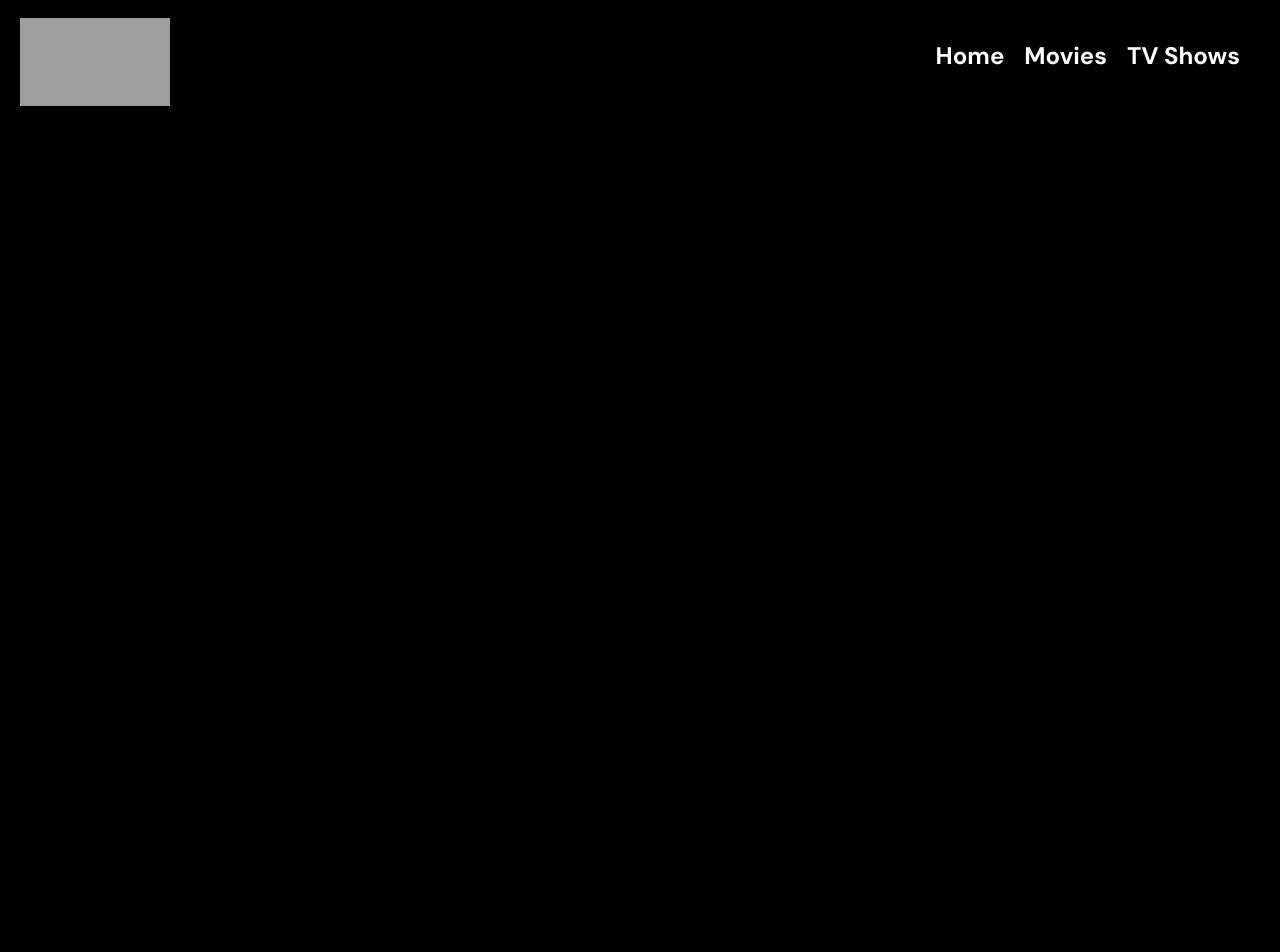
Repository: quynguyenn97/react-movie-app
Page: /
An editor plug-in stored every save of this project. The page is shown before and after the next save, followed by the edit.
The browser window is 1280 px wide. The pictures show the part of the page from y = 0 to 952 px (the page is 1996 px tall before and 2000 px after).
Pictures or frames that could not be fetched are drawn as grey boxes. The page's requests for data from a server got no answer. The project was rebuilt for these pictures with package versions that can differ from the ones it lists, and the page was loaded fresh each time. No one was signed in, and anything a server would have sent is missing. Also part of the build but not shown: src/components/button/Button.js, src/hook/useDebounce.js, src/components/shows/ShowsCard.js, src/pages/ShowPage.js, src/pages/ShowDetailPage.js.

Above is the page before, as saved 2022-10-15 09:08:06.

### public/index.html
<!DOCTYPE html>
<html lang="en">
    <head>
        <meta charset="utf-8" />
        <link rel="icon" href="%PUBLIC_URL%/favicon.ico" />
        <meta name="viewport" content="width=device-width, initial-scale=1" />
        <meta name="theme-color" content="#000000" />
        <meta
            name="description"
            content="Web site created using create-react-app" />
        <link rel="apple-touch-icon" href="%PUBLIC_URL%/logo192.png" />
        <!--
      manifest.json provides metadata used when your web app is installed on a
      user's mobile device or desktop. See https://developers.google.com/web/fundamentals/web-app-manifest/
    -->
        <link rel="manifest" href="%PUBLIC_URL%/manifest.json" />
        <!--
      Notice the use of %PUBLIC_URL% in the tags above.
      It will be replaced with the URL of the `public` folder during the build.
      Only files inside the `public` folder can be referenced from the HTML.

      Unlike "/favicon.ico" or "favicon.ico", "%PUBLIC_URL%/favicon.ico" will
      work correctly both with client-side routing and a non-root public URL.
      Learn how to configure a non-root public URL by running `npm run build`.
    -->
        <link rel="preconnect" href="https://fonts.googleapis.com" />
        <link rel="preconnect" href="https://fonts.gstatic.com" crossorigin />
        <link
            href="https://fonts.googleapis.com/css2?family=DM+Sans:wght@400;500;700&display=swap"
            rel="stylesheet" />
        <title>React App</title>
    </head>
    <body>
        <noscript>You need to enable JavaScript to run this app.</noscript>
        <div id="root"></div>
        <!--
      This HTML file is a template.
      If you open it directly in the browser, you will see an empty page.

      You can add webfonts, meta tags, or analytics to this file.
      The build step will place the bundled scripts into the <body> tag.

      To begin the development, run `npm start` or `yarn start`.
      To create a production bundle, use `npm run build` or `yarn build`.
    --></body>
</html>

### src/index.js
import React from "react";
import ReactDOM from "react-dom/client";
import "./index.scss";
import App from "./App";
import reportWebVitals from "./reportWebVitals";
import { BrowserRouter } from "react-router-dom";

const root = ReactDOM.createRoot(document.getElementById("root"));
root.render(
    <BrowserRouter>
        <React.StrictMode>
            <App />
        </React.StrictMode>
    </BrowserRouter>
);

// If you want to start measuring performance in your app, pass a function
// to log results (for example: reportWebVitals(console.log))
// or send to an analytics endpoint. Learn more: https://bit.ly/CRA-vitals
reportWebVitals();

### src/index.scss
@tailwind base;
@tailwind components;
@tailwind utilities;

@layer base {
    body {
        @apply bg-black font-body px-5 text-white;
    }
}
@layer components {
    .page-container {
        max-width: 1280px;
        @apply mx-auto;
    }
    .movie-list .swiper-slide {
        width: 300px;
        height: auto;
    }
    .banner .swiper {
        height: 100%;
    }
    .btn {
        box-shadow: 0 0 6px 6px rgba(#fc2872, 0.3);
    }
    .btn-custom {
        background: linear-gradient(107.61deg, #00a7b4 15.59%, #a4d96c 87.25%);
        border-radius: 8px;
        box-shadow: 0 0 6px 6px rgba(#a4d96c, 0.3);
    }
    .contact :hover {
        color: #a4d96c;
    }
}
.pagination {
    display: flex;
    align-items: center;
    justify-content: center;
    gap: 20px;
    .selected {
        @apply text-primary;
    }
}
.skeleton {
    background-color: #eee;
    background-image: linear-gradient(
        110deg,
        #ececec 8%,
        #f5f5f5 18%,
        #ececec 33%
    );
    background-size: 200% 100%;
    animation: 1.5s shine linear infinite;
}
@keyframes shine {
    to {
        background-position-x: -200%;
    }
}

### src/App.js
import { Fragment, lazy, Suspense } from "react";
import Banner from "./banner/Banner";
import "swiper/scss";
import "swiper/css/autoplay";
import { Route, Routes } from "react-router-dom";
import Main from "./layout/Main";
import ShowPage from "./pages/ShowPage";
import ShowDetailsPage from "./pages/ShowDetailPage";
const HomePage = lazy(() => import("./pages/HomePage"));
const MovieDetailsPage = lazy(() => import("./pages/MovieDetailsPage"));
const MoviePage = lazy(() => import("./pages/MoviePage"));

function App() {
    return (
        <Fragment>
            <Suspense fallback={<></>}>
                <Routes>
                    <Route element={<Main></Main>}>
                        <Route
                            path="/"
                            element={
                                <>
                                    <Banner></Banner>
                                    <HomePage></HomePage>
                                </>
                            }></Route>
                        <Route
                            path="/movies"
                            element={<MoviePage></MoviePage>}></Route>
                        <Route
                            path="/movie/:movieId"
                            element={
                                <MovieDetailsPage></MovieDetailsPage>
                            }></Route>
                        <Route
                            path="/shows"
                            element={<ShowPage></ShowPage>}></Route>
                        <Route
                            path="/show/:showId"
                            element={
                                <ShowDetailsPage></ShowDetailsPage>
                            }></Route>
                    </Route>
                </Routes>
            </Suspense>
        </Fragment>
    );
}

export default App;

### src/banner/Banner.js
import React from "react";
import useSWR from "swr";
import { fetcher } from "../config";
import { SwiperSlide, Swiper } from "swiper/react";
import { useNavigate } from "react-router-dom";
import Button from "../components/button/Button";
import { tmdbAPI } from "../config";

const Banner = () => {
    const { data } = useSWR(tmdbAPI.getMovieList("upcoming"), fetcher);
    const movies = data?.results || [];
    return (
        <section className="banner h-[800px] page-container mb-10">
            <Swiper
                grabCursor={"true"}
                spaceBetween={40}
                slidesPerView={"auto"}>
                {movies &&
                    movies.length > 0 &&
                    movies.map((item, index) => {
                        return (
                            <SwiperSlide key={`index-${index}`}>
                                <BannerItem item={item}></BannerItem>
                            </SwiperSlide>
                        );
                    })}
            </Swiper>
        </section>
    );
};
function BannerItem({ item }) {
    const navigate = useNavigate();

    return (
        <div className="w-full h-full rounded-3xl relative flex">
            <div className="overlay absolute inset-0 bg-gradient-to-t from-[rgba(0,0,0,0.8)] to-[rgba(0,0,0,0.8)] rounded-lg"></div>
            <img
                src={tmdbAPI.imageOriginal(item.poster_path)}
                alt=""
                className="w-full h-full object-cover rounded-lg "
            />
            <>
                <div className="md:w-[250px] md:h-[400px] lg:w-[300px] lg:h-[500px] xl:w-[400px] xl:h-[600px] w-[200px] h-[400px] absolute right-[10%] top-[10%] md:top-[30%] lg:top-[20%] rounded-3xl z-10">
                    <img
                        className="w-full h-full object-cover rounded-3xl"
                        alt=""
                        src={tmdbAPI.imageOriginal(item.backdrop_path)}
                    />
                </div>
                <div className="absolute left-5 top-[30%]  md:w-[350px] lg:w-[500px] xl:w-[600px] w-[200px] text-white">
                    <h2 className="font-bold text-4xl lg:text-6xl mb-5">
                        {item.title}
                    </h2>
                    <p className="text-md lg:text-xl mb-5">{item.overview}</p>
                    <div className="flex items-center gap-x-3">
                        <Button
                            onClick={() => navigate(`/movie/${item.id}`)}
                            className="btn"
                            bgColor="bg-primary">
                            Watch now
                        </Button>
                    </div>
                </div>
            </>
        </div>
    );
}
export default Banner;

### src/layout/Main.js
import React, { Fragment } from "react";
import Header from "./Header";
import { Outlet } from "react-router-dom";
const Main = () => {
    return (
        <Fragment>
            <Header></Header>
            <Outlet></Outlet>
        </Fragment>
    );
};

export default Main;

### src/pages/HomePage.js
import React, { Fragment } from "react";
import MovieList from "../components/movie/MovieList";
import ShowsList from "../components/shows/ShowsList";
import Footer from "../layout/Footer";
const HomePage = () => {
    return (
        <Fragment>
            <section className="movies-layout page-container pb-20">
                <h2 className="text-primary capitalize mb-5 text-3xl font-bold">
                    Now playing
                </h2>
                <MovieList></MovieList>
                <div className="movie-list grid grid-cols-4 gap-10"></div>
            </section>
            <section className="movies-layout page-container pb-20">
                <h2 className="text-primary capitalize mb-5 text-3xl font-bold">
                    Top Rated
                </h2>
                <MovieList type="top_rated"></MovieList>
            </section>
            <section className="movies-layout page-container pb-20">
                <h2 className="text-primary capitalize mb-5 text-3xl font-bold">
                    Trending
                </h2>
                <MovieList type="popular"></MovieList>
            </section>
            <section className="movies-layout page-container pb-20">
                <h2 className="text-[#88d13a] capitalize mb-5 text-3xl font-bold">
                    TV Shows
                </h2>
                <ShowsList type="popular"></ShowsList>
            </section>
            <Footer />
        </Fragment>
    );
};

export default HomePage;

### src/config.js
export const fetcher = (...args) => fetch(...args).then((res) => res.json());
export const apiKey = "5b6bd71d2eb24fb649d55629a64802ff";
const tmdbEndpoint = "https://api.themoviedb.org/3/movie";
const tmdbEndpointTV = "https://api.themoviedb.org/3/tv";
const tmdbEndpointSearch = "https://api.themoviedb.org/3/search/movie";
const tmdbEndpointSearchTV = "https://api.themoviedb.org/3/search/tv";
export const tmdbAPI = {
    getMovieList: (type, page = 2) =>
        `${tmdbEndpoint}/${type}?api_key=${apiKey}&page=${page}`,
    getMovieDetails: (movieId) =>
        `${tmdbEndpoint}/${movieId}?api_key=${apiKey}`,
    getMovieMeta: (movieId, type) =>
        `${tmdbEndpoint}/${movieId}/${type}?api_key=${apiKey}`,
    getMovieSearch: (query, page) =>
        `${tmdbEndpointSearch}?api_key=${apiKey}&query=${query}&page=${page}`,
    getTVList: (type, page = 1) =>
        `${tmdbEndpointTV}/${type}?api_key=${apiKey}&page=${page}`,
    getTVSearch: (query, page) =>
        `${tmdbEndpointSearchTV}?api_key=${apiKey}&query=${query}&page=${page}`,
    getTVDetails: (showId) => `${tmdbEndpointTV}/${showId}?api_key=${apiKey}`,
    getTVMeta: (showId, type) =>
        `${tmdbEndpointTV}/${showId}/${type}?api_key=${apiKey}`,

    imageOriginal: (url) => `https://image.tmdb.org/t/p/original/${url}`,
    image500: (url) => `https://image.tmdb.org/t/p/w500/${url}`,
};

### src/layout/Header.js
import React from "react";
import { NavLink } from "react-router-dom";

const Header = () => {
    return (
        <header>
            <div className="flex items-center justify-between page-container flex-wrap sm:flex-nowrap ">
                <div className="w-[250px] h-[50px] sm:w-[150px] sm:h-[100px] mx-auto sm:mx-0 pt-3">
                    <img
                        src="https://i0.wp.com/www.downloadfonts.io/wp-content/uploads/2021/09/Netflix-Logo-Font.png?fit=1024%2C581&ssl=1"
                        alt=""
                        className="object-cover w-full h-full"
                    />
                </div>
                <div className="header flex items-center justify-end mr-0 md:mr-5 gap-x-2 md:gap-x-5 text-white py-10  text-2xl sm:text-2xl font-bold">
                    <NavLink
                        to="/"
                        className={({ isActive }) =>
                            isActive ? "text-white" : ""
                        }>
                        Home
                    </NavLink>
                    <NavLink
                        to="/movies"
                        className={({ isActive }) =>
                            isActive ? "text-primary" : ""
                        }>
                        Movies
                    </NavLink>
                    <NavLink
                        to="/shows"
                        className={({ isActive }) =>
                            isActive ? "text-[#52851b]" : ""
                        }>
                        TV Shows
                    </NavLink>
                </div>
            </div>
        </header>
    );
};

export default Header;

### src/components/movie/MovieList.js
import React, { useEffect, useState } from "react";
import { SwiperSlide, Swiper } from "swiper/react";
import useSWR from "swr";
import { fetcher } from "../../config";
import MovieCard, { MovieCardSkeleton } from "./MovieCard";
import { tmdbAPI } from "../../config";

const MovieList = ({ type = "now_playing" }) => {
    const { data, error } = useSWR(tmdbAPI.getMovieList(type), fetcher);
    const isLoading = !data && !error;
    const movie = data?.results || [];
    return (
        <div className="movie-list">
            {isLoading && (
                <>
                    <Swiper
                        grabCursor={"true"}
                        spaceBetween={40}
                        slidesPerView={"auto"}>
                        <SwiperSlide>
                            <MovieCardSkeleton></MovieCardSkeleton>
                        </SwiperSlide>
                        <SwiperSlide>
                            <MovieCardSkeleton></MovieCardSkeleton>
                        </SwiperSlide>
                        <SwiperSlide>
                            <MovieCardSkeleton></MovieCardSkeleton>
                        </SwiperSlide>
                        <SwiperSlide>
                            <MovieCardSkeleton></MovieCardSkeleton>
                        </SwiperSlide>
                        <SwiperSlide>
                            <MovieCardSkeleton></MovieCardSkeleton>
                        </SwiperSlide>
                    </Swiper>
                </>
            )}
            {!isLoading && (
                <Swiper
                    grabCursor={"true"}
                    spaceBetween={40}
                    slidesPerView={"auto"}>
                    {movie &&
                        movie.length > 0 &&
                        movie.map((item) => {
                            return (
                                <SwiperSlide key={`movie-${item.id}`}>
                                    <MovieCard item={item}></MovieCard>
                                </SwiperSlide>
                            );
                        })}
                </Swiper>
            )}
        </div>
    );
};

export default MovieList;

### src/components/shows/ShowsList.js
import React from "react";
import { SwiperSlide, Swiper } from "swiper/react";
import useSWR from "swr";
import { fetcher } from "../../config";
import { MovieCardSkeleton } from "../movie/MovieCard";
import { tmdbAPI } from "../../config";
import ShowsCard from "./ShowsCard";

const ShowList = ({ type = "top_rated" }) => {
    const { data, error } = useSWR(tmdbAPI.getTVList(type), fetcher);
    const isLoading = !data && !error;
    const show = data?.results || [];
    return (
        <div className="movie-list">
            {isLoading && (
                <>
                    <Swiper
                        grabCursor={"true"}
                        spaceBetween={40}
                        slidesPerView={"auto"}>
                        <SwiperSlide>
                            <MovieCardSkeleton></MovieCardSkeleton>
                        </SwiperSlide>
                        <SwiperSlide>
                            <MovieCardSkeleton></MovieCardSkeleton>
                        </SwiperSlide>
                        <SwiperSlide>
                            <MovieCardSkeleton></MovieCardSkeleton>
                        </SwiperSlide>
                        <SwiperSlide>
                            <MovieCardSkeleton></MovieCardSkeleton>
                        </SwiperSlide>
                        <SwiperSlide>
                            <MovieCardSkeleton></MovieCardSkeleton>
                        </SwiperSlide>
                    </Swiper>
                </>
            )}
            {!isLoading && (
                <Swiper
                    grabCursor={"true"}
                    spaceBetween={40}
                    slidesPerView={"auto"}>
                    {show &&
                        show.length > 0 &&
                        show.map((item) => {
                            return (
                                <SwiperSlide key={`movie-${item.id}`}>
                                    <ShowsCard item={item}></ShowsCard>
                                </SwiperSlide>
                            );
                        })}
                </Swiper>
            )}
        </div>
    );
};

export default ShowList;

### src/layout/Footer.js
import React from "react";

const Footer = () => {
    return (
        <div className="w-full h-[500px] relative page-container">
            <img
                src="https://movie-clone-sigma.vercel.app/static/media/footer-bg.67e95f05e76a8cebf7e2.jpg"
                alt=""
                className="object-cover h-[500px] w-full absolute"
            />
            <h3 className="text-[#fc2872] absolute text-2xl font-bold bottom-[45%] left-[45%] contact">
                <a href="https://www.facebook.com/nguyenhoangtrongquy/">
                    Contact Me
                </a>
            </h3>
        </div>
    );
};

export default Footer;

### src/components/loading/LoadingSkeleton.js
import React from "react";

const LoadingSkeleton = (props) => {
    return (
        <div
            className={`skeleton ${props.className}`}
            style={{
                height: props.height,
                width: props.width || "100%",
                borderRadius: props.radius,
            }}></div>
    );
};

export default LoadingSkeleton;

### tailwind.config.js
/** @type {import('tailwindcss').Config} */
module.exports = {
    content: ["./src/**/*.{js,jsx,ts,tsx}"],
    theme: {
        extend: {
            fontFamily: {
                body: ["DM sans", "sans-serif"],
            },
            colors: {
                primary: "#FC2872",
                secondary: "#6F5CF1",
            },
        },
    },
    plugins: [],
};

Loaded but not shown: src/reportWebVitals.js (common file); src/components/movie/MovieCard.js (87 lines, source omitted)

After the next save:
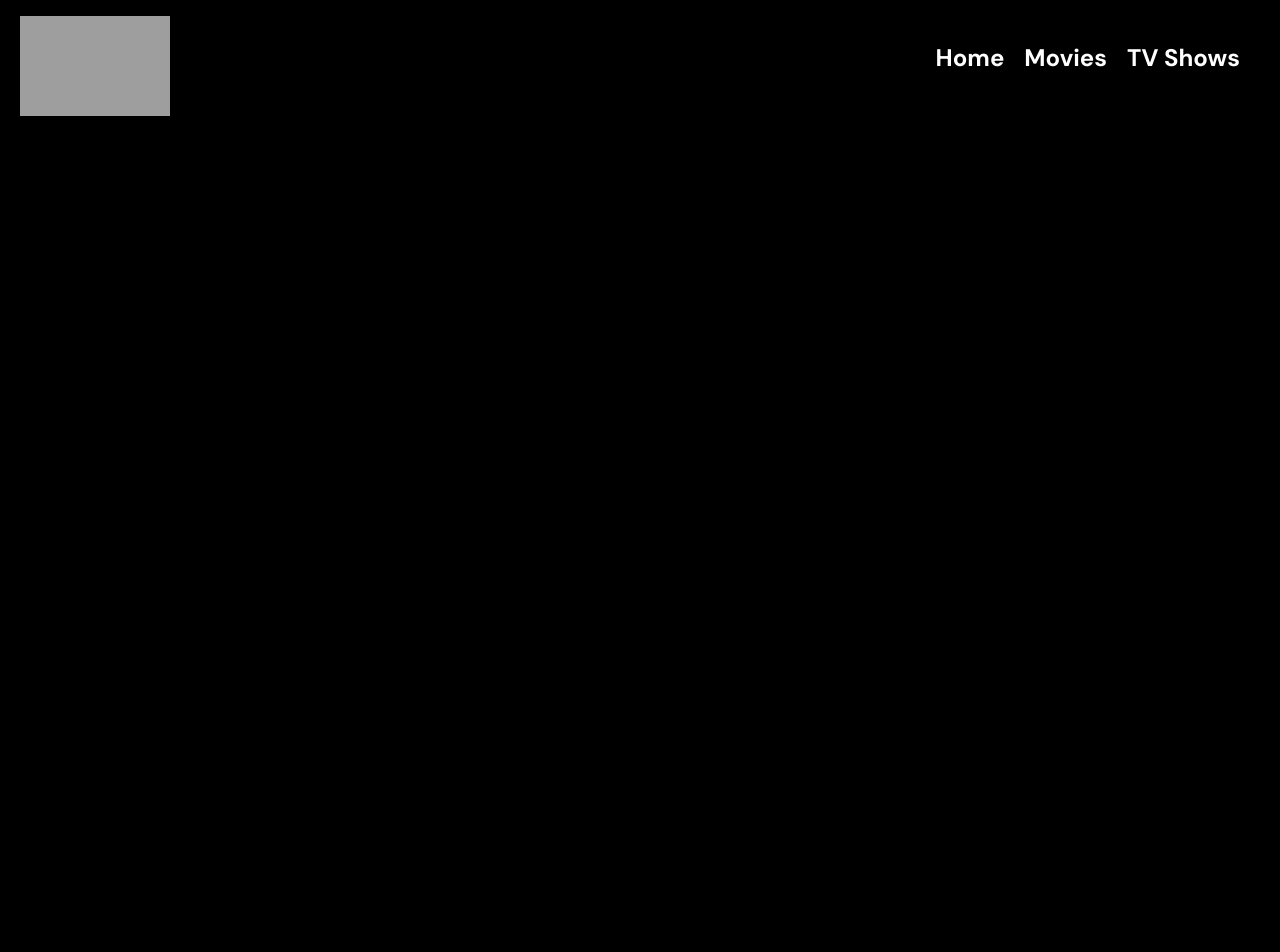
Saved 8 s later.
--- a/src/layout/Header.js
+++ b/src/layout/Header.js
@@ -5,7 +5,7 @@ const Header = () => {
     return (
         <header>
             <div className="flex items-center justify-between page-container flex-wrap sm:flex-nowrap ">
-                <div className="w-[250px] h-[50px] sm:w-[150px] sm:h-[100px] mx-auto sm:mx-0 pt-3">
+                <div className="w-[250px] h-[50px] sm:w-[150px] sm:h-[100px] mx-auto sm:mx-0 mt-4">
                     <img
                         src="https://i0.wp.com/www.downloadfonts.io/wp-content/uploads/2021/09/Netflix-Logo-Font.png?fit=1024%2C581&ssl=1"
                         alt=""
